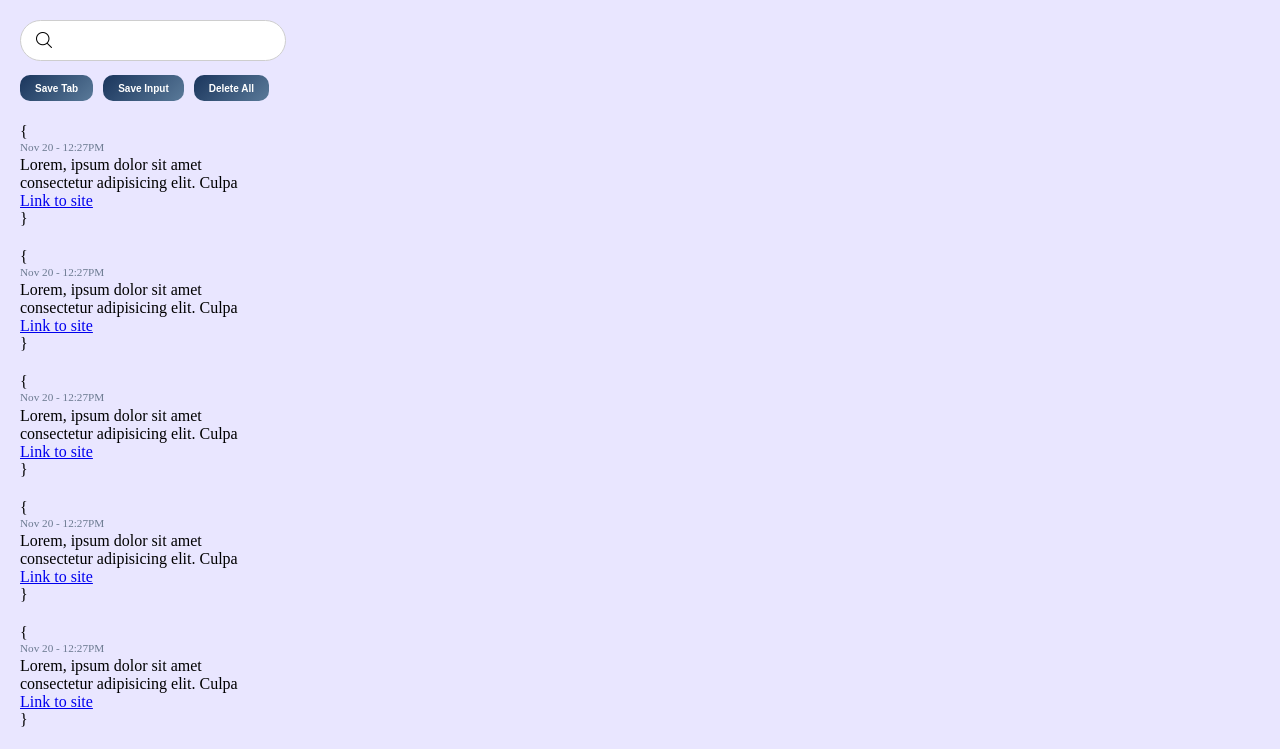
Repository: IdowuMicheal-1/Text-Tab-Organizer
Page: popup.html
The author's editor kept a copy of each file at every save. The page is drawn from the files as they stood at one save, then again after the next save.
The browser window is 1280 px wide. The pictures show the whole page.

Above is the page before, as saved 2025-05-14 14:30:12.

After the next save:
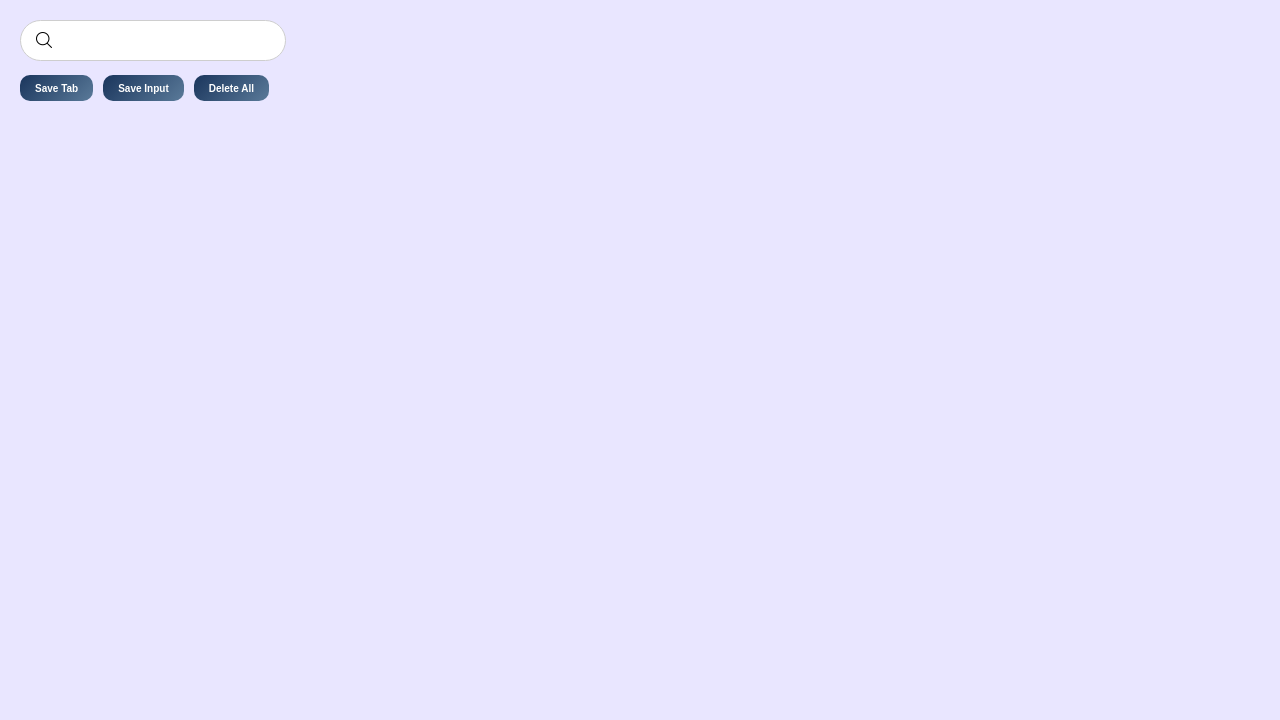
Console error: SyntaxError: Unexpected token '<'
Saved 5 s later.
--- a/popup.js
+++ b/popup.js
@@ -34,7 +34,7 @@
   li.className = "div-content";
   li.innerHTML = `
 
-          {<div class="date-read">Nov 20 - 12:27PM</div>
+          ${<div class="date-read">Nov 20 - 12:27PM</div>
           <p class="content-text">
             Lorem, ipsum dolor sit amet consectetur adipisicing elit. Culpa
           </p>

After the save that followed:
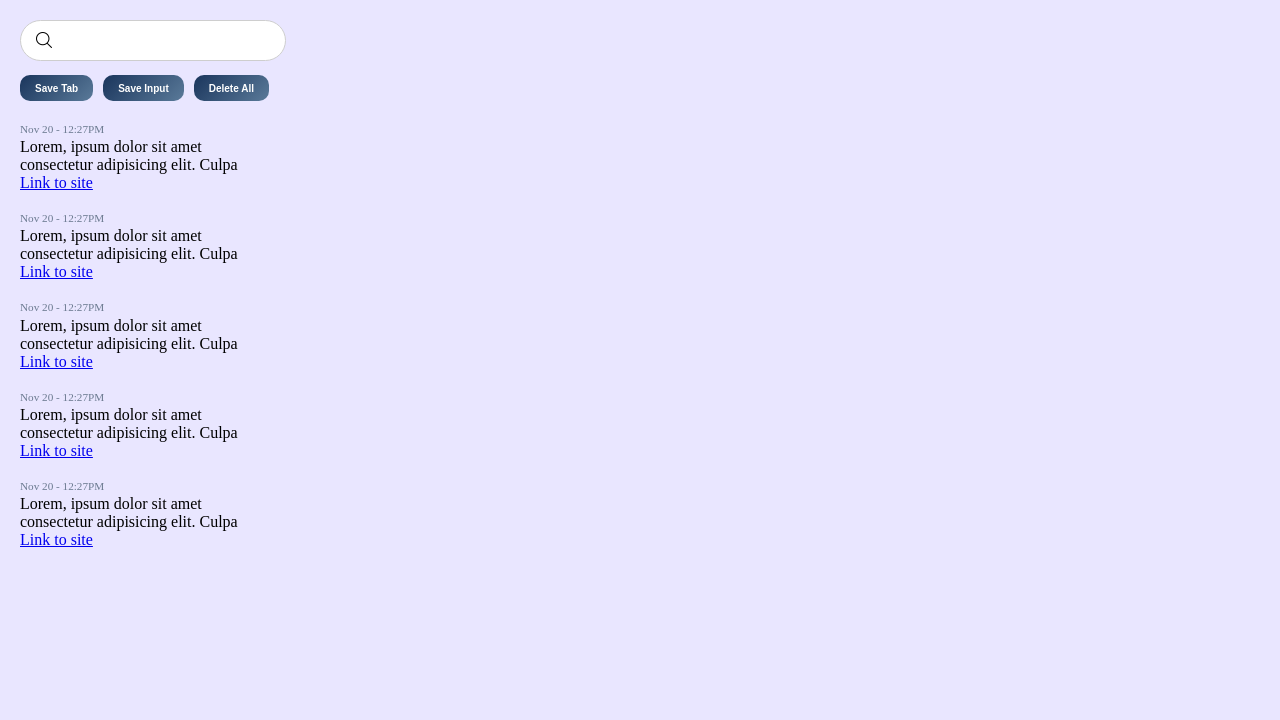
The error is gone.
Saved 13 s later.
--- a/popup.js
+++ b/popup.js
@@ -34,11 +34,11 @@
   li.className = "div-content";
   li.innerHTML = `
 
-          ${<div class="date-read">Nov 20 - 12:27PM</div>
+          <div class="date-read">Nov 20 - 12:27PM</div>
           <p class="content-text">
             Lorem, ipsum dolor sit amet consectetur adipisicing elit. Culpa
           </p>
-          <p><a href="#">Link to site</a></p>}
+          <p><a href="#">Link to site</a></p>
        `;
     listContent.appendChild(li);
 });
